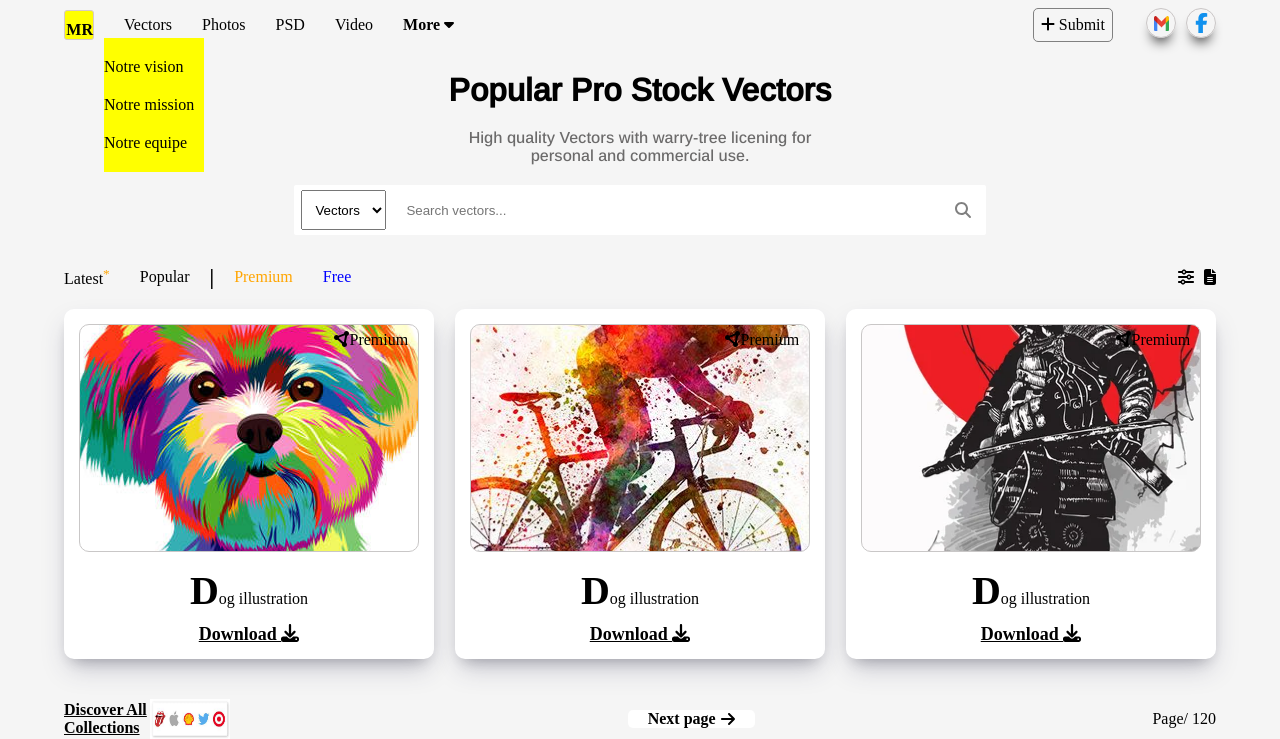
Repository: kegbaDev/VectorTemplate
Page: /
These files come from the project's save history. The page is drawn as it stood at one moment and after the next save; the edit follows.
The browser window is 1280 px wide. The pictures show the whole page.
The project was rebuilt for these pictures with package versions that can differ from the ones it lists, and the page was loaded fresh each time. Also part of the build but not shown: vite.config.js.

Above is the page before, as saved 2023-04-14 01:56:45.

### index.html
<!DOCTYPE html>
<html lang="en">
  <head>
    <meta charset="UTF-8" />
    <link rel="icon" href="/favicon.ico" />
    <meta name="viewport" content="width=device-width, initial-scale=1.0" />
    <title>Vite App</title>
  </head>
  <body style="background-color: rgb(245, 245, 245)">
    <div id="app"></div>
    <script type="module" src="/src/main.js"></script>
  </body>
</html>

### src/main.js
import { createApp } from 'vue'
import App from './App.vue'

// fontawesome importation
import '@fortawesome/fontawesome-free/css/all.css'
import '@fortawesome/fontawesome-free/js/all.js'

createApp(App).mount('#app')

### src/App.vue
<template>
<div class="wrapper">
  <div class="navbar">
    <div class="left bounce">
      <div class="logo">MR</div>
      <ul>
        <li>
          Vectors
          <div class="sous_menu">
            <ul class="liens">
              <li class="lien">Notre vision</li>
              <li class="lien">Notre mission</li>
              <li class="lien">Notre equipe</li>
            </ul>
          </div>
        </li>
        <li>Photos</li>
        <li>PSD</li>
        <li>Video</li>
        <li><span class="more" >More</span><i class="fa-solid fa-caret-down"></i></li>
      </ul>
    </div>
    <div class="right">
      <div class="submit">
        <i class="fa-solid fa-plus"></i>
        Submit
      </div>
      <div class="logo_collection">
        <div class="logo_card">
          <img src="./assets/gmail-logo-16.png" alt="google-icon" width="15px" height="15px">
        </div>
        <div class="logo_card">
          <i class="fa-brands fa-facebook-f" style="color: #1191ee; width: 25px;height: 20px;"></i>
        </div>
      </div>
    </div>
  </div>


  <!-- Second component -->


  <div class="text_section">
    <h1 class="title slideInUp">Popular Pro Stock Vectors</h1>
    <p class="paragraph slideInUp">
      High quality Vectors with warry-tree licening for <br>
      personal and commercial use.
    </p>
    <div class="input_card slideInRight">
      <select name="" id="">
        <option value="value1">Vectors</option>
        <option value="value2">Vectors</option>
      </select>
      <input type="text" placeholder="Search vectors... ">
      <i class="fa-solid fa-magnifying-glass" style="color: grey; margin-right: 15px;"></i>
    </div>
  </div>

  <!-- Third component -->

  <div class="row">
    <div class="left-row">
      <ul>
        <li>Latest<sup style="color:orange">*</sup></li>
        <li>Popular</li>
      </ul>
      <span class="pipe">
        |
      </span>
      <ul>
        <li style="color:orange">Premium</li>
        <li style="color:blue">Free</li>
      </ul>
    </div>
    <div class="right-row">
      <i class="fa-solid fa-sliders"></i>
      <i class="fa-solid fa-file-lines"></i>
    </div>
  </div>

  <!-- Fourth component  -->

  <div class="card_content slideInUp">
    <div class="main_card">
      <div class="image_and_text_space">
        <i class="fa-solid fa-circle-nodes"></i>Premium
      </div>
      <p style="margin-bottom: 10px;"><span style="text-transform: uppercase; font-weight: bolder; font-size: 40px;">D</span>og illustration</p>
      <p class="download">Download <i class="fa-solid fa-download"></i></p>
    </div>
    <div class="main_card">
      <div class="image_and_text_space2">
        <i class="fa-solid fa-circle-nodes"></i>Premium
      </div>
      <p style="margin-bottom: 10px;"><span style="text-transform: uppercase; font-weight: bolder; font-size: 40px;">D</span>og illustration</p>
      <p class="download">Download <i class="fa-solid fa-download"></i></p>
    </div>
    <div class="main_card">
      <div class="image_and_text_space3">
        <!-- <img src="./assets/154416(1).svg" width="209px" height="300px" alt=""> -->
        <i class="fa-solid fa-circle-nodes"></i>Premium
      </div>
      <p style="margin-bottom: 10px;"><span style="text-transform: uppercase; font-weight: bolder; font-size: 40px;">D</span>og illustration</p>
      <p class="download">Download <i class="fa-solid fa-download"></i></p>
    </div>
    <!-- <div class="main_card">
      <div class="image_and_text_space">
        Premium
      </div>
      <p>Dog illustration</p>
      <p class="download">Download<i class="fa-solid fa-download"></i></p>
    </div>
    <div class="main_card">
      <div class="image_and_text_space">
        Premium
      </div>
      <p>Dog illustration</p>
      <p class="download">Download<i class="fa-solid fa-download"></i></p>
    </div> -->
  </div>

  <!-- Last component -->
  <div class="last_row">
    <div class="start">
      <div class="part">
        Discover All <br>
        Collections
      </div>
      <img src="./assets/imagesfinal.jpg" alt="" style="width: 80px; height: 40px;">
    </div>
    <div class="between">
      Next page <i class="fa-solid fa-arrow-right"></i>
    </div>
    <div class="end">
      Page/ 120
    </div>
  </div>
</div>




</template>

<script setup>

</script>


<style scoped>
@import url('https://fonts.googleapis.com/css2?family=Arimo:wght@500&display=swap');
.wrapper{
  height: 100vh;
  width: 90vw;
  margin:auto;
}
*{
  padding: 0px;
  margin: 0px;
  box-sizing: border-box;
  /* font-family: 'Arimo', sans-serif; */
}
.left{
  display: flex;
  align-items: center;
}

ul{
  list-style: none;
  display: flex;
  gap: 30px;
  margin-left: 30px;
}
ul li{
  cursor: pointer;
}
.more{
  font-weight: bolder;
  padding-right: 4px;
}
.logo{
  width: 30px;
  height: 30px;
  border: 1px solid rgb(214, 201, 201);
  background-color: yellow;
  font-weight: bolder;
  display: flex;
  justify-content: end;
  align-items: end;
  border-radius: 3px;
  cursor: pointer;
}
.navbar{
  display: flex;
  justify-content: space-between;
}
.right{
  display: flex;
  gap: 3px;
}
.submit{
  border: 1px solid gray;
  padding: 7px;
  margin-right: 30px;
  border-radius: 5px;
  background-color: rgba(234, 233, 233, 0.03);
  cursor: pointer;
  transition: all 400ms ease-in-out;
}
.submit:hover{
  background-color: yellow;
  /* font-weight: bolder; */
  scale: 1.1;
}
.logo_collection{
  display: flex;
  gap: 10px;
}
.logo_card{
  width: 30px;
  height: 30px;
  border: 1px solid black;
  display: flex;
  align-items: center;
  justify-content: center;
  border-radius: 50%;
  border-color: rgb(202, 198, 198);
  -webkit-box-shadow: 0px 10px 13px -7px #000000, -2px -2px 15px 6px rgba(26,17,18,0);
  box-shadow: 0px 10px 13px -7px #000000, -2px -2px 15px 6px rgba(26,17,18,0);
  cursor: pointer;transition: all 300ms ease-in-out;

}
.logo_card:hover{
  -webkit-box-shadow: 0px 10px 13px -7px #000000, -2px -2px 15px 6px rgba(26,17,18,0);
  box-shadow: 0px 10px 13px -7px #000000, -2px -2px 15px 6px rgba(26,17,18,0);
  scale: 1.2;

}

              /* Menu deroulant */
.sous_menu .liens{
  position: absolute;
  display: block;
  background-color: yellow;
  width: 100px;
  margin-left: -20px;
  top: 30px;
}
.sous_menu .liens .lien{
  margin: 20px 0;
}


              /* Menu deroulant */

/* Second composant */

.text_section{
  margin: 30px auto;
  text-align: center;
}
.title{
  font-family: 'Arimo', sans-serif;
  margin-bottom: 20px;
}
.paragraph{
  font-family: 'Arimo', sans-serif;
  margin-bottom: 20px;
  color: rgb(107, 106, 106);
}
.input_card{
  width: 60%;
  height: 50px;
  background-color: white;
  margin: auto;
  display: flex;
  align-items: center;
  border-radius: 2px;
}
input{
  width: 100%;
  padding-left: 20px;
  border: none;
}
input, select{
  height: 40px;
}
select{
  padding: 9px;
  margin-left: 7px;
}

/* Third component */
.row{
  display: flex;
  justify-content: space-between;
  margin-bottom: 20px;
}
.left-row ul{
  margin: 0px;
  padding: 0px;
  display: flex;
  align-items: center;
}
.left-row, .right-row{
  display: flex;
  align-items: center;
}
.pipe{
  margin: 0px 20px;
}

.pipe{
  font-weight: bolder;
  font-size: 1.3em;
}
.right-row{
  gap: 10px;
}

/* Fourth component */

.card_content{
  display: flex;
  justify-content: space-between;
}
.main_card{
  min-width: 370px;
  min-height: 350px;
  /* border: 1px solid black; */
  border-radius: 10px;
  background-color: white;
  box-shadow: rgba(50, 50, 93, 0.25) 0px 13px 27px -5px, rgba(0, 0, 0, 0.3) 0px 8px 16px -8px;
  padding-bottom: 25px;
  cursor: pointer;
  transition: all 400ms ease-in-out;
}
.main_card:hover{
  scale: 1.02;
}
.main_card p{
  text-align: center;
}
.download{
  font-weight: bolder;
  text-decoration: underline;
  font-size: large;
}
.image_and_text_space{
  padding-top: 6px;
  padding-right: 10px;
  text-align: end;
  height: 70%;
  width: 92%;
  border: 1px solid rgb(201, 199, 199);
  border-radius: 10px;
  margin: 15px auto;
  background-image: url(./assets/chien_color.jpg);
  background-repeat: no-repeat;
  background-position: center;
}
.image_and_text_space2{
  background-image: url(./assets/velo.jpg) !important;
  padding-top: 6px;
  padding-right: 10px;
  text-align: end;
  height: 70%;
  width: 92%;
  border: 1px solid rgb(201, 199, 199);
  border-radius: 10px;
  margin: 15px auto;
  background-repeat: no-repeat;
  background-position: center;
}
.image_and_text_space3{
  background-image: url(./assets/sa.webp) !important;
  padding-top: 6px;
  padding-right: 10px;
  text-align: end;
  height: 70%;
  width: 92%;
  border: 1px solid rgb(201, 199, 199);
  border-radius: 10px;
  margin: 15px auto;
  background-repeat: no-repeat;
  /* object-fit: contain; */
  background-position: center;
}

/* Animation */

.bounce {
  -webkit-animation-name: bounce;
  animation-name: bounce;
  -webkit-transform-origin: center bottom;
  -ms-transform-origin: center bottom;
  transform-origin: center bottom;
  -webkit-animation-duration: 1s;
  animation-duration: 1s;
  -webkit-animation-fill-mode: both;
  animation-fill-mode: both;
  }
  @-webkit-keyframes bounce {
  0%, 20%, 53%, 80%, 100% {
  -webkit-transition-timing-function: cubic-bezier(0.215, 0.610, 0.355, 1.000);
  transition-timing-function: cubic-bezier(0.215, 0.610, 0.355, 1.000);
  -webkit-transform: translate3d(0,0,0);
  transform: translate3d(0,0,0);
  }
  40%, 43% {
  -webkit-transition-timing-function: cubic-bezier(0.755, 0.050, 0.855, 0.060);
  transition-timing-function: cubic-bezier(0.755, 0.050, 0.855, 0.060);
  -webkit-transform: translate3d(0, -30px, 0);
  transform: translate3d(0, -30px, 0);
  }
  70% {
  -webkit-transition-timing-function: cubic-bezier(0.755, 0.050, 0.855, 0.060);
  transition-timing-function: cubic-bezier(0.755, 0.050, 0.855, 0.060);
  -webkit-transform: translate3d(0, -15px, 0);
  transform: translate3d(0, -15px, 0);
  }
  90% {
  -webkit-transform: translate3d(0,-4px,0);
  transform: translate3d(0,-4px,0);
  }
  }

  @keyframes bounce {
  0%, 20%, 53%, 80%, 100% {
  -webkit-transition-timing-function: cubic-bezier(0.215, 0.610, 0.355, 1.000);
  transition-timing-function: cubic-bezier(0.215, 0.610, 0.355, 1.000);
  -webkit-transform: translate3d(0,0,0);
  transform: translate3d(0,0,0);
  }
  40%, 43% {
  -webkit-transition-timing-function: cubic-bezier(0.755, 0.050, 0.855, 0.060);
  transition-timing-function: cubic-bezier(0.755, 0.050, 0.855, 0.060);
  -webkit-transform: translate3d(0, -30px, 0);
  transform: translate3d(0, -30px, 0);
  }
  70% {
  -webkit-transition-timing-function: cubic-bezier(0.755, 0.050, 0.855, 0.060);
  transition-timing-function: cubic-bezier(0.755, 0.050, 0.855, 0.060);
  -webkit-transform: translate3d(0, -15px, 0);
  transform: translate3d(0, -15px, 0);
  }
  90% { -webkit-transform: translate3d(0,-4px,0); transform: translate3d(0,-4px,0);
  }
}
.slideInUp {
  -webkit-animation-name: slideInUp;
  animation-name: slideInUp;
  -webkit-animation-duration: 1s;
  animation-duration: 1s;
  -webkit-animation-fill-mode: both;
  animation-fill-mode: both;
  }
  @-webkit-keyframes slideInUp {
  0% {
  -webkit-transform: translateY(100%);
  transform: translateY(100%);
  visibility: visible;
  }
  100% {
  -webkit-transform: translateY(0);
  transform: translateY(0);
  }
  }
  @keyframes slideInUp {
  0% {
  -webkit-transform: translateY(100%);
  transform: translateY(100%);
  visibility: visible;
  }
  100% {
  -webkit-transform: translateY(0);
  transform: translateY(0);
  }
}

.slideInRight {
  -webkit-animation-name: slideInRight;
  animation-name: slideInRight;
  -webkit-animation-duration: 1s;
  animation-duration: 1s;
  -webkit-animation-fill-mode: both;
  animation-fill-mode: both;
  }
  @-webkit-keyframes slideInRight {
  0% {
  -webkit-transform: translateX(100%);
  transform: translateX(100%);
  visibility: visible;
  }
  100% {
  -webkit-transform: translateX(0);
  transform: translateX(0);
  }
  }
  @keyframes slideInRight {
  0% {
  -webkit-transform: translateX(100%);
  transform: translateX(100%);
  visibility: visible;
  }
  100% {
  -webkit-transform: translateX(0);
  transform: translateX(0);
  }
  }

.slideInUp {
  -webkit-animation-name: slideInUp;
  animation-name: slideInUp;
  -webkit-animation-duration: 1s;
  animation-duration: 1s;
  -webkit-animation-fill-mode: both;
  animation-fill-mode: both;
  }
  @-webkit-keyframes slideInUp {
  0% {
  -webkit-transform: translateY(100%);
  transform: translateY(100%);
  visibility: visible;
  }
  100% {
  -webkit-transform: translateY(0);
  transform: translateY(0);
  }
  }
  @keyframes slideInUp {
  0% {
  -webkit-transform: translateY(100%);
  transform: translateY(100%);
  visibility: visible;
  }
  100% {
  -webkit-transform: translateY(0);
  transform: translateY(0);
  }
}

/* Animation */

/* last component */

.last_row{
  margin-top: 40px;
  margin-bottom: 40px;
  display: flex;
  justify-content: space-between;
  align-items: center;
}
.between{
  font-weight: bolder;
  padding: 0px 20px;
  background-color: white;
  border-radius: 5px;
  display: flex;
  justify-content: center;
  align-items: center;
  gap: 5px;
}
.start{
  display: flex;
  align-items: center;
  gap: 3px;
  text-decoration: underline;
  font-weight: bold;
}
</style>

After the next save:
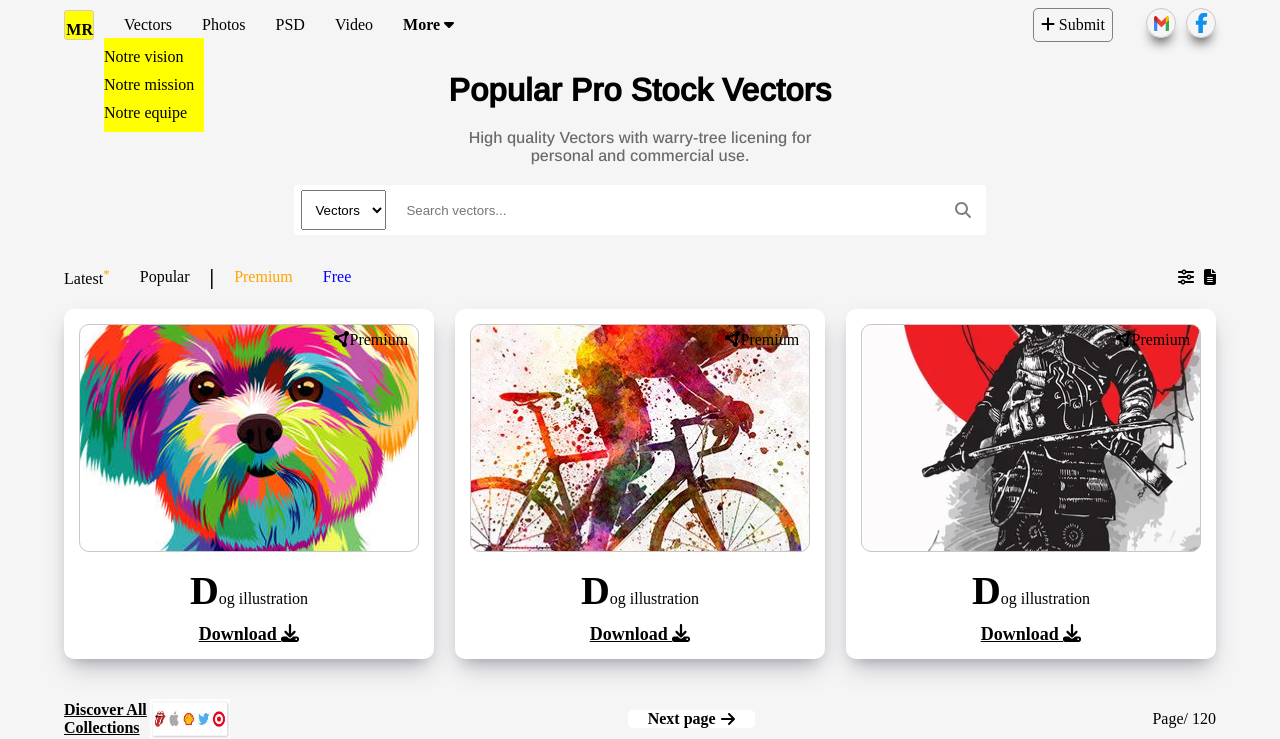
Saved 10 s later.
--- a/src/App.vue
+++ b/src/App.vue
@@ -247,7 +247,7 @@ ul li{
   top: 30px;
 }
 .sous_menu .liens .lien{
-  margin: 20px 0;
+  margin: 10px 0;
 }
 
 
